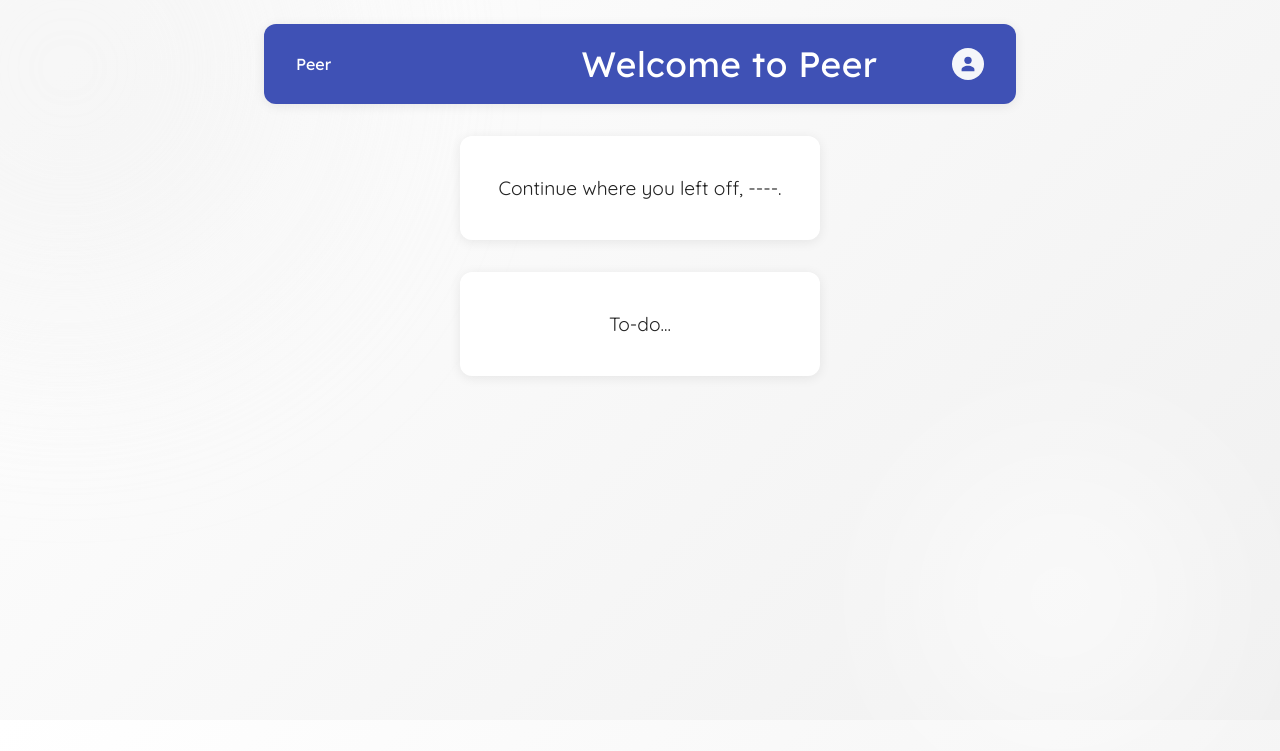
Repository: saifg123/Peer
Page: home.html
An editor plug-in stored every save of this project. The page is shown before and after the next save, followed by the edit.
The browser window is 1280 px wide. The pictures show the whole page.

Above is the page before, as saved 2025-05-24 20:49:57.

After the next save:
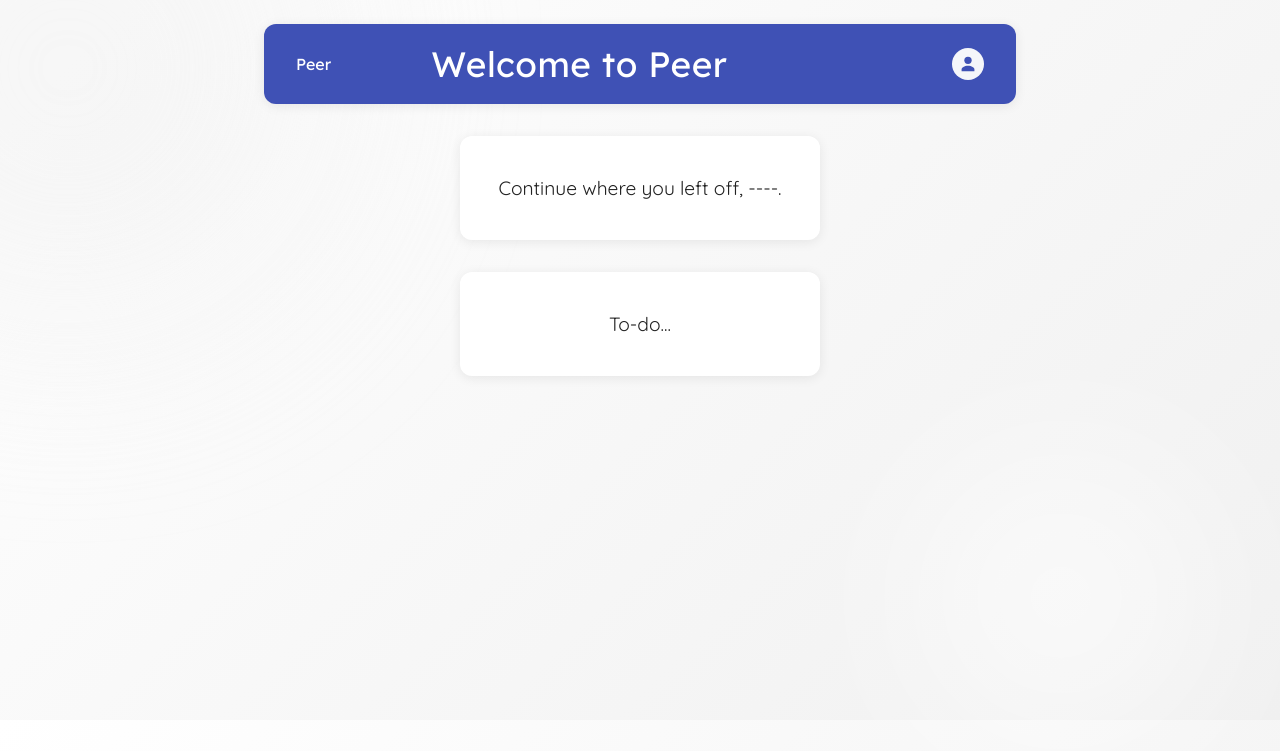
Saved 43 s later.
--- a/home.html
+++ b/home.html
@@ -106,7 +106,7 @@
       font-family: 'Lexend', sans-serif;
       display: flex;
       align-items: center;
-      gap: 250px;
+      gap: 100px;
       color: #fff;
     }
     .header-home {
